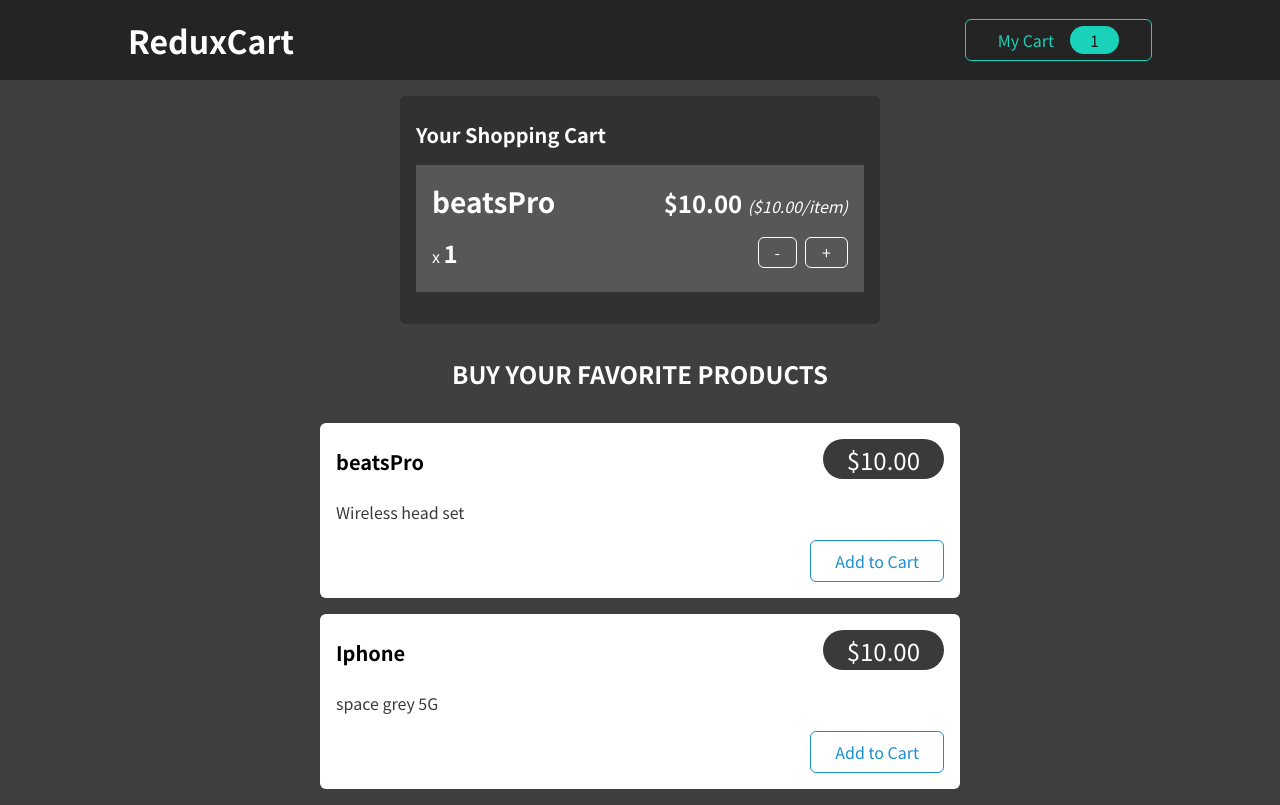
Repository: NamalPathirana/Redux-two-async
Page: /
An editor plug-in stored every save of this project. The page is shown before and after the next save, followed by the edit.
The browser window is 1280 px wide. The pictures show the whole page.
The project was rebuilt for these pictures with package versions that can differ from the ones it lists, and the page was loaded fresh each time.

Above is the page before, as saved 2022-04-13 16:55:13.

### src/index.js
import ReactDOM from 'react-dom/client';

import './index.css';
import App from './App';
import { Provider } from 'react-redux';
import store from './store/store';



const root = ReactDOM.createRoot(document.getElementById('root'));
root.render(<Provider store={store}><App /></Provider>);

### src/store/store.js
import { configureStore } from "@reduxjs/toolkit";
import cartSlice from "./cart"

const store = configureStore({
    reducer:{
        cart:cartSlice,
    },
});


export default store;

### src/components/Cart/Cart.js
import Card from "../UI/Card";
import classes from "./Cart.module.css";
import CartItem from "./CartItem";
import { useSelector } from "react-redux";

const Cart = (props) => {
  const cartItems = useSelector((state) => {
    return state.cart.items;
  });
  const totalQuantity = {};

  return (
    <Card className={classes.cart}>
      <h2>Your Shopping Cart</h2>
      <ul>
        {cartItems.map((item) => {
          return (
            <CartItem
              item={{ title: item.name, quantity: item.quantity, total: item.totalPrice, price: item.price}}
            />
          );
        })}
      </ul>
    </Card>
  );
};

export default Cart;

### src/components/Shop/Products.js
import ProductItem from "./ProductItem";
import classes from "./Products.module.css";
import { cartActions } from "../../store/cart";
import { useDispatch, useSelector } from "react-redux";
import { useEffect } from "react";

const Products = (props) => {
  const dispatch = useDispatch();

  useEffect(() => {
    dispatch(
      cartActions.addItemToCart({
        item: {
          id: 1,
          name: "beatsPro",
          description: "Wireless head set",
          quantity: 1,
          price: 10,
        },
      })
    );
  }, [dispatch]);

  const cartItems = useSelector((state) => state.cart.items);

  const productList = [
    {
      id: 1,
      name: "beatsPro",
      description: "Wireless head set",
      price: 10,
    },
    {
      id: 2,
      name: "Iphone",
      description: "space grey 5G",
      price: 10,
    },
  ];

  return (
    <section className={classes.products}>
      <h2>Buy your favorite products</h2>
      <ul>
        {productList.map((item) => {
          return (
            <ProductItem
              title={item.name}
              price={item.price}
              description={item.description}
            />
          );
        })}
      </ul>
    </section>
  );
};

export default Products;

### src/store/cart.js
import { createSlice } from "@reduxjs/toolkit";

// itemsTemplate = {items: [
//     {
//       id: 0,
//       name: "",
//       description: "",
//       quantity: 0,
//       price: 0,
//       totalPrice: 0,
//     },
//   ],}

const initialCartState = {
  items: [
  ],
  totalAmount: 0.0,
  totalItems:0,
};

const cartSlice = createSlice({
  name: "cart",
  initialState: initialCartState,
  reducers: {
    addItemToCart(state, actions) {
      if (actions.payload.item === null) return;

      const userEnteredItem = actions.payload.item;

      const existingItem = state.items.find(
        (item) => item.id === userEnteredItem.id
      );

      if (existingItem) {
        const itemQuantity = existingItem.reduce(
          (previousValue, currentItem) => {
            return previousValue + currentItem.quantity;
          },
          0
        );

        const newItem = { ...existingItem, quantity: itemQuantity };
        const newItemsList = {
          ...state.items.filter((obj) => obj.id !== newItem.id),
          existingItem,
        };

        state.items = newItemsList;
      } else {
        state.items.push({
          id: userEnteredItem.id,
          name: userEnteredItem.name,
          description: userEnteredItem.description,
          quantity: userEnteredItem.quantity,
          price: userEnteredItem.price,
          totalPrice: userEnteredItem.price * userEnteredItem.quantity,
        });
      }

      state.totalItems = state.items.reduce((previousValue,currentItem)=>{return previousValue+currentItem.quantity},0);

      state.totalAmount = state.items.reduce((previousValue, currentItem) => {
        return previousValue + currentItem.totalPrice;
      }, 0);
    },
  },
});

export const cartActions = cartSlice.actions;

export default cartSlice.reducer;

### src/components/Cart/CartItem.js
import classes from './CartItem.module.css';

const CartItem = (props) => {
  const { title, quantity, total, price } = props.item;

  return (
    <li className={classes.item}>
      <header>
        <h3>{title}</h3>
        <div className={classes.price}>
          ${total.toFixed(2)}{' '}
          <span className={classes.itemprice}>(${price.toFixed(2)}/item)</span>
        </div>
      </header>
      <div className={classes.details}>
        <div className={classes.quantity}>
          x <span>{quantity}</span>
        </div>
        <div className={classes.actions}>
          <button>-</button>
          <button>+</button>
        </div>
      </div>
    </li>
  );
};

export default CartItem;

### src/components/Shop/ProductItem.js
import Card from "../UI/Card";
import classes from "./ProductItem.module.css";

const ProductItem = (props) => {
  const { title, price, description } = props;

  return (
    <li className={classes.item}>
      <Card>
        <header>
          <h3>{title}</h3>
          <div className={classes.price}>${price.toFixed(2)}</div>
        </header>
        <p>{description}</p>
        <div className={classes.actions}>
          <button>Add to Cart</button>
        </div>
      </Card>
    </li>
  );
};

export default ProductItem;

### src/components/Cart/CartItem.module.css
.item {
  margin: 1rem 0;
  background-color: #575757;
  padding: 1rem;
}

.item h3 {
  margin: 0 0 0.5rem 0;
  font-size: 1.75rem;
}

.item header {
  display: flex;
  justify-content: space-between;
  align-items: baseline;
}

.details {
  display: flex;
  justify-content: space-between;
  align-items: center;
}

.quantity span {
  font-size: 1.5rem;
  font-weight: bold;
}

.price {
  font-size: 1.5rem;
  font-weight: bold;
}

.itemprice {
  font-weight: normal;
  font-size: 1rem;
  font-style: italic;
}

.actions {
  display: flex;
  justify-content: flex-end;
  margin: 0.5rem 0;
}

.actions button {
  background-color: transparent;
  border: 1px solid white;
  margin-left: 0.5rem;
  padding: 0.15rem 1rem;
  color: white;
}

.actions button:hover,
.actions button:active {
  background-color: #4b4b4b;
  color: white;
}

### src/components/Cart/CartButton.js
import classes from './CartButton.module.css';
import {useSelector} from "react-redux";

const CartButton = () => {

  const cartItemCount = useSelector(
    (state)=>{
      return state.cart.totalItems;
    }
  );

  return (
    <button className={classes.button}>
      <span>My Cart</span>
      <span className={classes.badge}>{cartItemCount}</span>
    </button>
  );
};

export default CartButton;

Loaded but not shown: public/index.html (common file); src/index.css (common file); src/App.js (common file); src/components/Layout/Layout.js (common file); src/components/UI/Card.js (common file); src/components/Cart/Cart.module.css (common file); src/components/Layout/MainHeader.js (common file); src/components/Shop/Products.module.css (common file); src/components/UI/Card.module.css (common file); src/components/Layout/MainHeader.module.css (common file); src/components/Shop/ProductItem.module.css (common file); src/components/Cart/CartButton.module.css (common file)

After the next save:
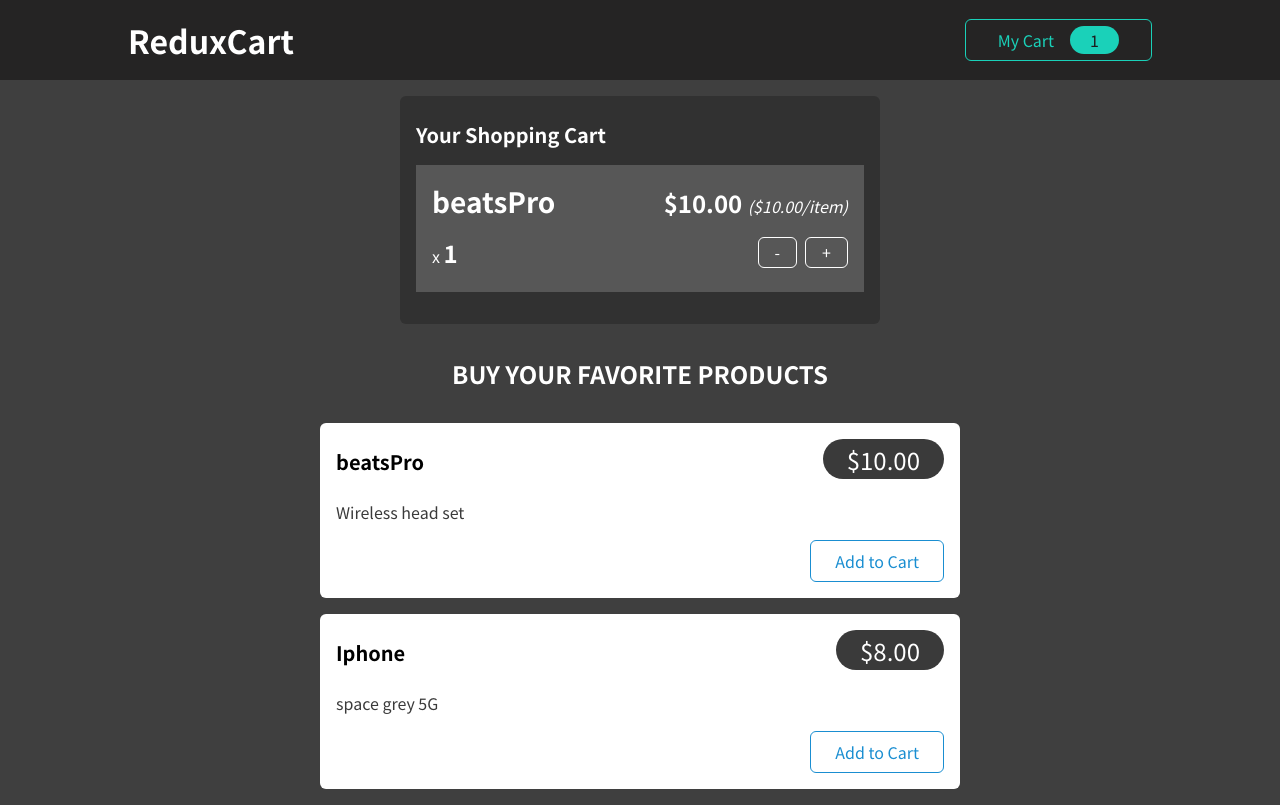
Saved 11 s later.
--- a/src/components/Shop/Products.js
+++ b/src/components/Shop/Products.js
@@ -34,7 +34,7 @@
       id: 2,
       name: "Iphone",
       description: "space grey 5G",
-      price: 10,
+      price: 8,
     },
   ];
 
